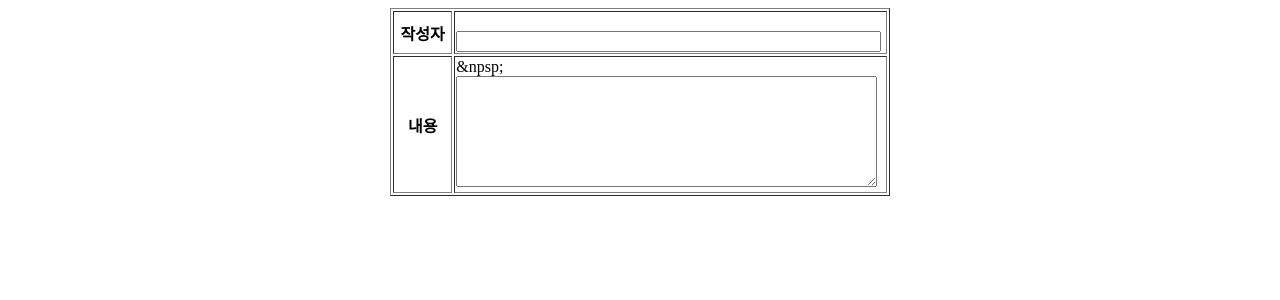
Repository: ghs0814/jsp-workspace
Page: ServletProject/src/main/webapp/bbs/write.html
These files come from the project's save history. The page is drawn as it stood at one moment and after the next save; the edit follows.
The browser window is 1280 px wide. The pictures show the whole page.

Above is the page before, as saved 2026-05-21 04:15:59.

### ServletProject/src/main/webapp/bbs/write.html
<!DOCTYPE html>
<html>
<head>
<meta charset="UTF-8">
<title></title>
</head>
<body>
<form action="" method="post">
		<table align="center" width="500" border="1">
			<tr>
				<th width="70">작성자</th>
				<td width="430">&nbsp;
					<input type="text" name="write" size="50">
				</td>
			</tr>

			<tr>
				<th>내용</th>
				<td>
					&npsp;<textarea rows="7" cols="50" name="memo"></textarea>
				</td>
			</tr>


		</table>

	</form>

</body>
</html>

After the next save:
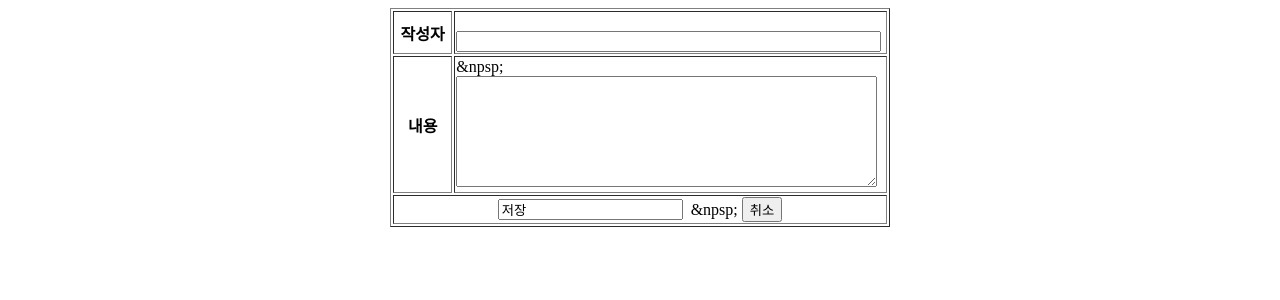
Saved 78 s later.
--- a/ServletProject/src/main/webapp/bbs/write.html
+++ b/ServletProject/src/main/webapp/bbs/write.html
@@ -21,6 +21,13 @@
 				</td>
 			</tr>
 
+			<tr>
+				<td colspan="2" align="center">
+					<input type="submin" value="저장"> &nbsp;&npsp;
+					<input type="reset" value="취소">
+				</td>
+			</tr>
+
 
 		</table>
 
